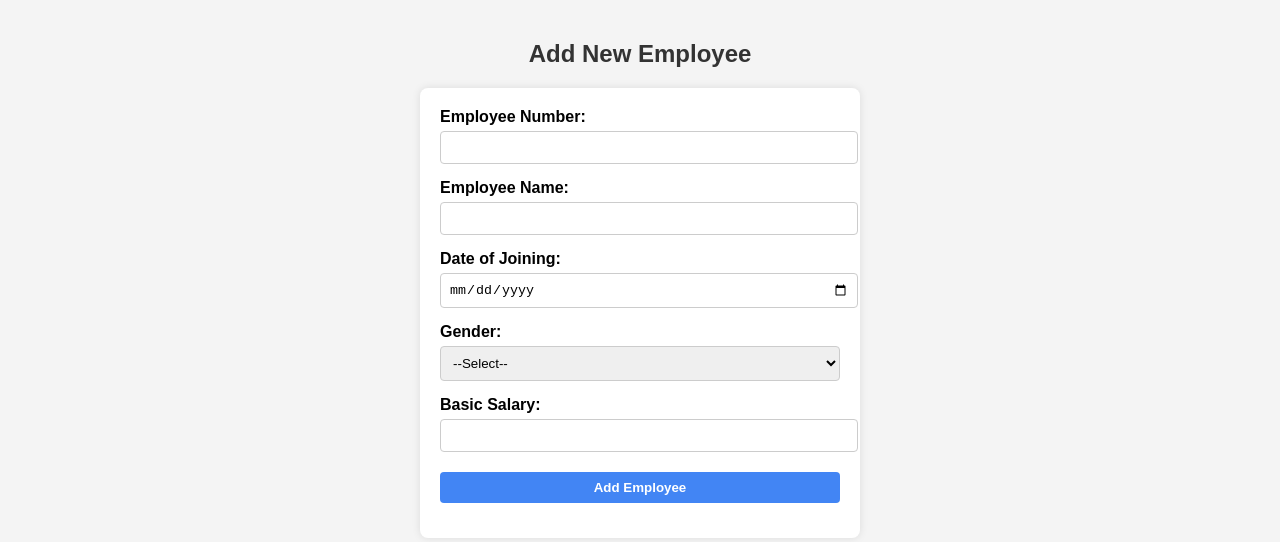
Repository: sweekrithishetty28/Employee_Salary_Management
Page: http://localhost/EmployeeWebApp/empadd.jsp
These files come from the project's save history. The page is drawn as it stood at one moment and after the next save; the edit follows.
The browser window is 1280 px wide. The pictures show the whole page.
The page is served by Tomcat 9.

Above is the page before, as saved 2025-05-25 09:11:45.

After the next save:
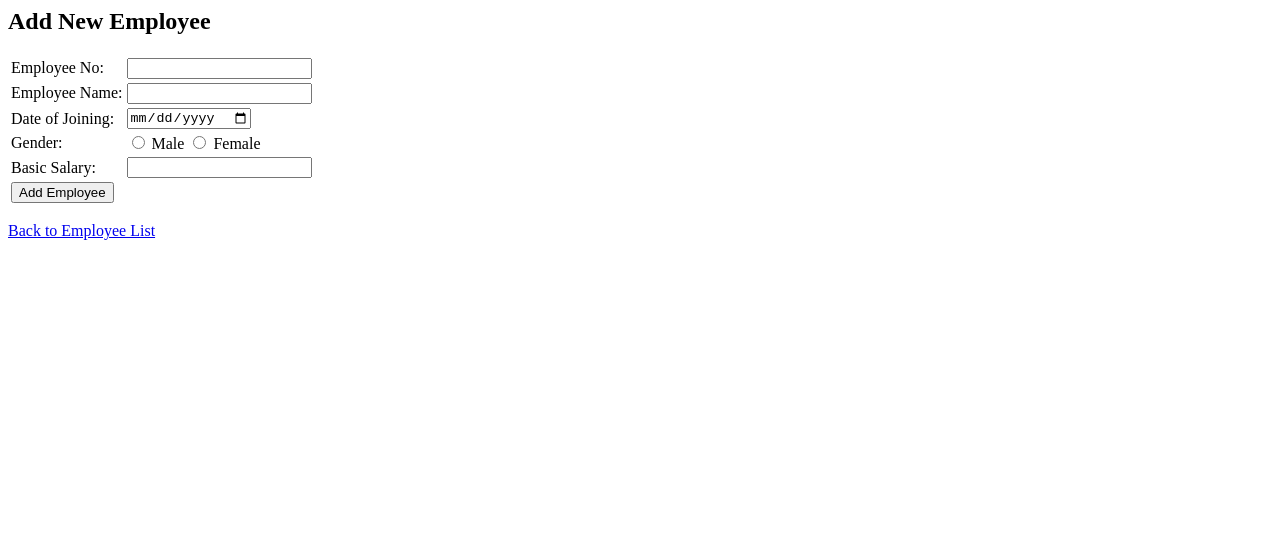
Saved 25 s later.
--- a/Employee Salary Mangement/EmployeeWebApp/src/main/webapp/empadd.jsp
+++ b/Employee Salary Mangement/EmployeeWebApp/src/main/webapp/empadd.jsp
@@ -1,98 +1,46 @@
-<%@ page language="java" contentType="text/html; charset=UTF-8" pageEncoding="UTF-8"%>
-<!DOCTYPE html>
+<%@ page language="java" contentType="text/html; charset=UTF-8" %>
 <html>
 <head>
-    <title>Add Employee</title>
-    <style>
-        body {
-            font-family: Arial, sans-serif;
-            margin: 40px;
-            background-color: #f4f4f4;
-        }
-        h2 {
-            text-align: center;
-            color: #333;
-        }
-        form {
-            background-color: #fff;
-            width: 400px;
-            padding: 20px;
-            margin: 0 auto;
-            border-radius: 8px;
-            box-shadow: 0px 0px 8px rgba(0, 0, 0, 0.1);
-        }
-        label {
-            font-weight: bold;
-            margin-top: 10px;
-        }
-        input, select {
-            width: 100%;
-            padding: 8px;
-            margin-top: 5px;
-            margin-bottom: 15px;
-            border: 1px solid #ccc;
-            border-radius: 4px;
-        }
-        input[type="submit"] {
-            background-color: #4285F4;
-            color: white;
-            cursor: pointer;
-            font-weight: bold;
-            border: none;
-        }
-        input[type="submit"]:hover {
-            background-color: #357AE8;
-        }
-        .message, .error {
-            text-align: center;
-            font-size: 16px;
-            margin-top: 20px;
-        }
-        .message {
-            color: green;
-        }
-        .error {
-            color: red;
-        }
-    </style>
+    <title>Add New Employee</title>
 </head>
 <body>
     <h2>Add New Employee</h2>
-    <form action="add" method="post">
-        <label for="empno">Employee Number:</label>
-        <input type="number" name="empno" id="empno" required>
 
-        <label for="empName">Employee Name:</label>
-        <input type="text" name="empName" id="empName" required>
-
-        <label for="doj">Date of Joining:</label>
-        <input type="date" name="doj" id="doj" required>
-
-        <label for="gender">Gender:</label>
-        <select name="gender" id="gender" required>
-            <option value="">--Select--</option>
-            <option value="Male">Male</option>
-            <option value="Female">Female</option>
-        </select>
-
-        <label for="bsalary">Basic Salary:</label>
-        <input type="number" name="bsalary" id="bsalary" step="0.01" required>
-
-        <input type="submit" value="Add Employee">
+    <form action="AddEmployee" method="post">
+        <table>
+            <tr>
+                <td>Employee No:</td>
+                <td><input type="number" name="id" required></td>
+            </tr>
+            <tr>
+                <td>Employee Name:</td>
+                <td><input type="text" name="name" required></td>
+            </tr>
+            <tr>
+                <td>Date of Joining:</td>
+                <td><input type="date" name="doj" required></td>
+            </tr>
+            <tr>
+                <td>Gender:</td>
+                <td>
+                    <input type="radio" name="gender" value="Male" required> Male
+                    <input type="radio" name="gender" value="Female" required> Female
+                </td>
+            </tr>
+            <tr>
+                <td>Basic Salary:</td>
+                <td><input type="number" step="0.01" name="salary" required></td>
+            </tr>
+            <tr>
+                <td colspan="2"><input type="submit" value="Add Employee"></td>
+            </tr>
+        </table>
     </form>
 
-    <%
-        String message = (String) request.getAttribute("message");
-        String error = (String) request.getAttribute("error");
-        if (message != null) {
-    %>
-        <div class="message"><%= message %></div>
-    <%
-        } else if (error != null) {
-    %>
-        <div class="error"><%= error %></div>
-    <%
-        }
-    %>
+    <p style="color:red;">
+        <%= request.getAttribute("errorMessage") != null ? request.getAttribute("errorMessage") : "" %>
+    </p>
+
+    <p><a href="emplist.jsp">Back to Employee List</a></p>
 </body>
 </html>
